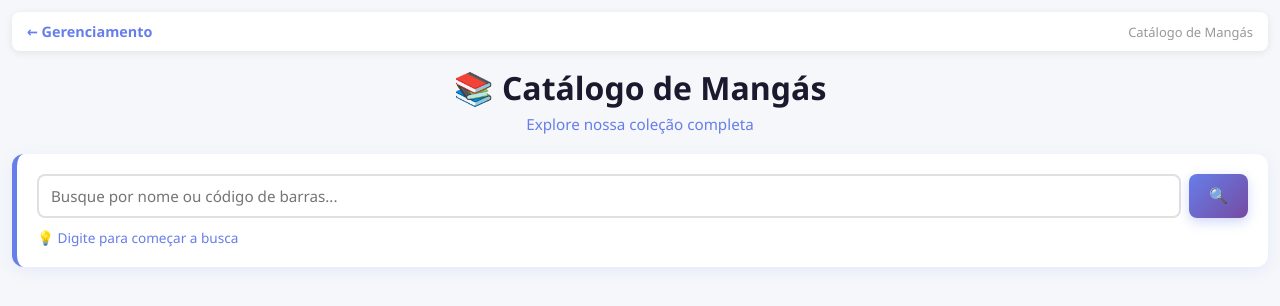
Repository: galzgames/manga
Page: buscar.html
The author's editor kept a copy of each file at every save. The page is drawn from the files as they stood at one save, then again after the next save.
The browser window is 1280 px wide. The pictures show the whole page.

Above is the page before, as saved 2026-01-15 13:32:50.

After the next save:
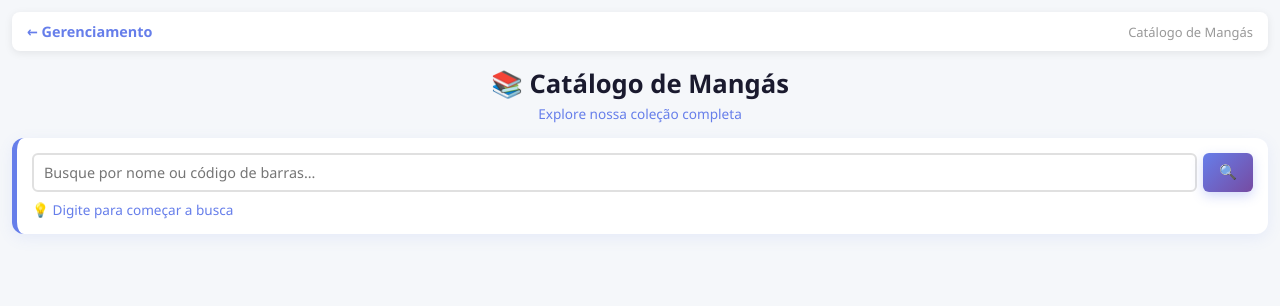
Saved 118 s later.
--- a/buscar.html
+++ b/buscar.html
@@ -52,18 +52,18 @@
 
         .header {
             text-align: center;
-            margin-bottom: 20px;
+            margin-bottom: 15px;
         }
 
         .header h1 {
-            font-size: 2em;
+            font-size: 1.6em;
             color: #1a1a2e;
-            margin-bottom: 5px;
+            margin-bottom: 3px;
             font-weight: 700;
         }
 
         .header p {
-            font-size: 0.95em;
+            font-size: 0.85em;
             color: #667eea;
             font-weight: 500;
         }
@@ -72,23 +72,23 @@
             background: white;
             border-radius: 12px;
             box-shadow: 0 4px 15px rgba(102, 126, 234, 0.1);
-            padding: 20px;
-            margin-bottom: 20px;
+            padding: 15px;
+            margin-bottom: 15px;
             border-left: 5px solid #667eea;
         }
 
         .search-group {
             display: flex;
-            gap: 8px;
-            margin-bottom: 10px;
+            gap: 6px;
+            margin-bottom: 8px;
         }
 
         .search-group input {
             flex: 1;
-            padding: 10px 12px;
+            padding: 8px 10px;
             border: 2px solid #e0e0e0;
-            border-radius: 8px;
-            font-size: 0.95em;
+            border-radius: 6px;
+            font-size: 0.9em;
             transition: all 0.3s;
             font-family: 'Segoe UI', sans-serif;
         }
@@ -101,13 +101,13 @@
         }
 
         .search-group button {
-            padding: 10px 20px;
+            padding: 8px 16px;
             background: linear-gradient(135deg, #667eea 0%, #764ba2 100%);
             color: white;
             border: none;
-            border-radius: 8px;
+            border-radius: 6px;
             font-weight: 600;
-            font-size: 0.95em;
+            font-size: 0.9em;
             cursor: pointer;
             transition: all 0.3s;
             box-shadow: 0 4px 12px rgba(102, 126, 234, 0.3);
@@ -133,96 +133,109 @@
 
         .results-container {
             display: grid;
-            grid-template-columns: repeat(auto-fill, minmax(180px, 1fr));
-            gap: 15px;
-            margin-bottom: 20px;
+            grid-template-columns: 1fr;
+            gap: 10px;
+            margin-bottom: 15px;
         }
 
         .manga-card {
             background: white;
-            border-radius: 12px;
+            border-radius: 8px;
             overflow: hidden;
             box-shadow: 0 2px 8px rgba(0,0,0,0.08);
             transition: all 0.3s cubic-bezier(0.4, 0, 0.2, 1);
             display: flex;
-            flex-direction: column;
+            flex-direction: row;
             border: 1px solid #f0f0f0;
+            height: 140px;
         }
 
         .manga-card:hover {
-            transform: translateY(-8px) scale(1.02);
-            box-shadow: 0 12px 24px rgba(102, 126, 234, 0.15);
+            transform: translateY(-3px);
+            box-shadow: 0 8px 16px rgba(102, 126, 234, 0.15);
             border-color: #667eea;
         }
 
         .manga-cover {
-            width: 100%;
-            aspect-ratio: 3/4;
+            width: 100px;
+            min-width: 100px;
             background: linear-gradient(135deg, #667eea 0%, #764ba2 100%);
             display: flex;
             align-items: center;
             justify-content: center;
             color: white;
-            font-size: 3.5em;
+            font-size: 2em;
             overflow: hidden;
             position: relative;
-            border-bottom: 3px solid #f0f0f0;
         }
 
         .manga-cover img {
-            width: 40%;
-            height: auto;
+            width: 100%;
+            height: 100%;
             object-fit: contain;
             object-position: center;
-            padding: 8px;
+            padding: 4px;
             background: white;
         }
 
         .manga-info {
-            padding: 12px;
+            padding: 10px 12px;
             flex-grow: 1;
             display: flex;
             flex-direction: column;
-            gap: 6px;
+            gap: 4px;
+            justify-content: space-between;
         }
 
         .manga-name {
-            font-size: 0.95em;
+            font-size: 0.9em;
             font-weight: 700;
             color: #1a1a2e;
-            line-height: 1.3;
-            min-height: auto;
+            line-height: 1.2;
+            overflow: hidden;
+            text-overflow: ellipsis;
+            display: -webkit-box;
+            -webkit-line-clamp: 2;
+            -webkit-box-orient: vertical;
         }
 
         .manga-details {
-            color: #555;
-            font-size: 0.85em;
-            display: flex;
-            align-items: center;
-            gap: 6px;
+            color: #666;
+            font-size: 0.8em;
+            display: flex;
+            align-items: center;
+            gap: 4px;
             line-height: 1.2;
+            overflow: hidden;
+            text-overflow: ellipsis;
+            white-space: nowrap;
         }
 
         .manga-code {
             color: #999;
-            font-size: 0.75em;
+            font-size: 0.7em;
             font-family: 'Courier New', monospace;
-            padding: 6px;
+            padding: 4px 6px;
             background: #f9f9f9;
-            border-radius: 4px;
+            border-radius: 3px;
             word-break: break-all;
+            overflow: hidden;
+            text-overflow: ellipsis;
+            white-space: nowrap;
         }
 
         .manga-location {
             background: linear-gradient(135deg, #667eea 0%, #764ba2 100%);
             color: white;
-            padding: 8px;
-            border-radius: 6px;
+            padding: 6px;
+            border-radius: 4px;
             font-weight: 600;
             text-align: center;
-            margin-top: auto;
-            font-size: 0.85em;
+            font-size: 0.8em;
             box-shadow: 0 2px 8px rgba(102, 126, 234, 0.2);
+            overflow: hidden;
+            text-overflow: ellipsis;
+            white-space: nowrap;
         }
 
         .no-location {
@@ -259,32 +272,32 @@
 
         .filter-section {
             background: white;
-            padding: 12px 15px;
+            padding: 10px 12px;
             border-radius: 8px;
-            margin-bottom: 15px;
+            margin-bottom: 12px;
             box-shadow: 0 2px 8px rgba(0,0,0,0.08);
             display: flex;
             align-items: center;
             justify-content: space-between;
             flex-wrap: wrap;
-            gap: 10px;
+            gap: 8px;
         }
 
         .filter-info {
             color: #667eea;
             font-weight: 600;
-            font-size: 0.9em;
+            font-size: 0.85em;
         }
 
         .clear-search {
             background: none;
             border: 2px solid #e0e0e0;
             color: #667eea;
-            padding: 6px 12px;
-            border-radius: 6px;
+            padding: 5px 10px;
+            border-radius: 5px;
             cursor: pointer;
             font-weight: 600;
-            font-size: 0.85em;
+            font-size: 0.8em;
             transition: all 0.3s;
         }
 
